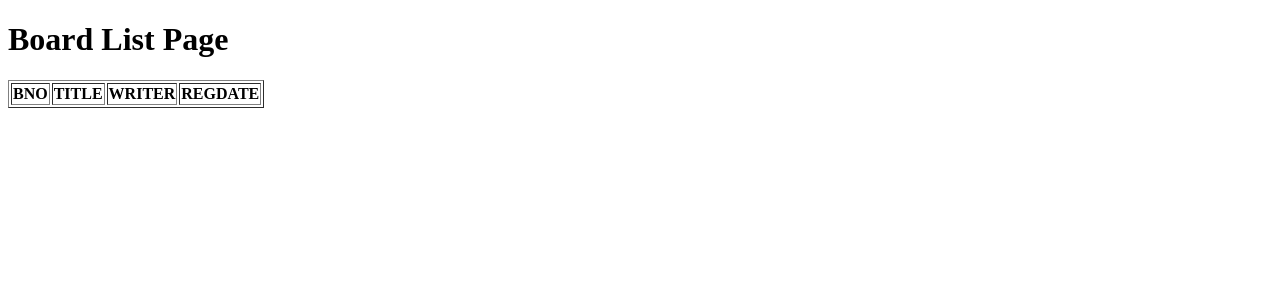
Repository: dfhdfhdfsza/myjsp
Page: http://localhost/_myjsp/brd/list
An editor plug-in stored every save of this project. The page is shown before and after the next save, followed by the edit.
The browser window is 1280 px wide. The pictures show the whole page.
The page is served by Tomcat 9. Queries for data that is not in the repository find no rows.

Above is the page before, as saved 2023-09-21 10:34:31.

After the next save:
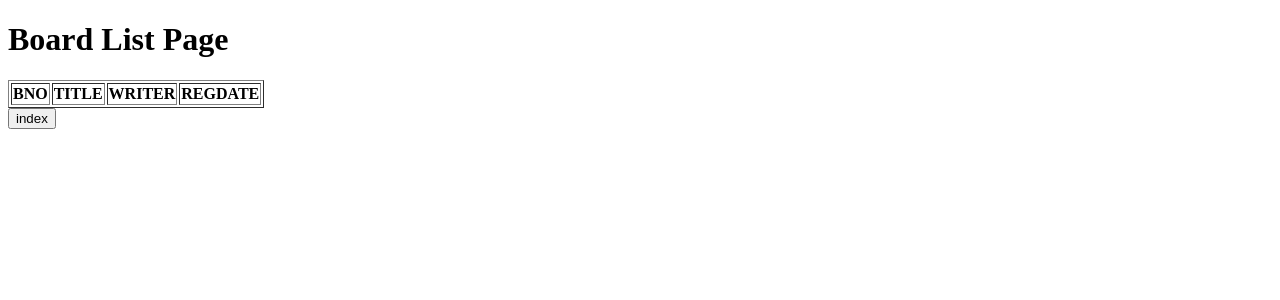
Saved 51 s later.
--- a/_myjsp/src/main/webapp/board/list.jsp
+++ b/_myjsp/src/main/webapp/board/list.jsp
@@ -25,5 +25,6 @@
 			</tr>
 		</c:forEach>
 	</table>
+	<a href="/index.jsp"><button type="button">index</button></a>
 </body>
 </html>
